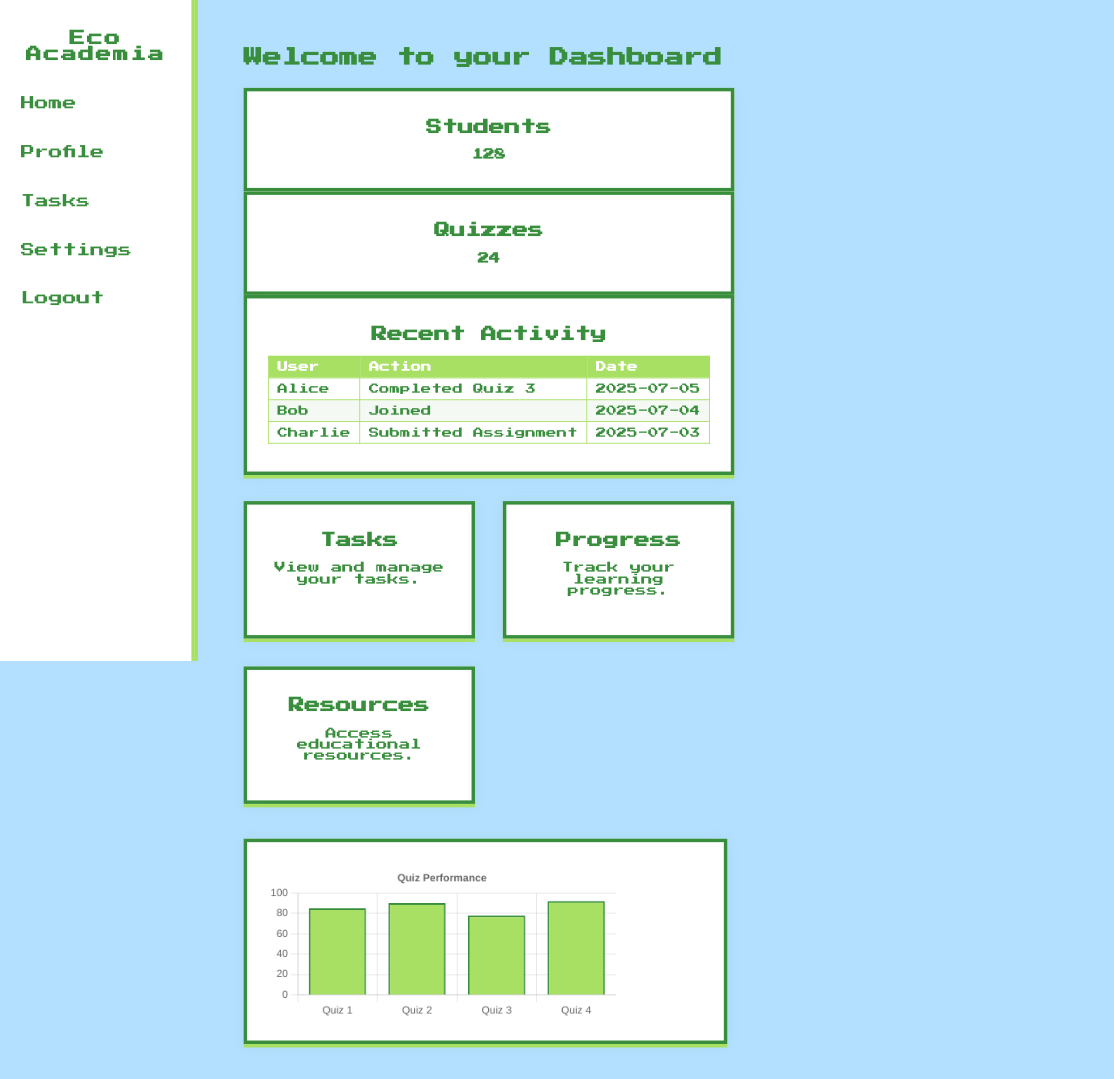
Repository: hotaruhshs/eco-academia
Page: admin/dashboard.html
The author's editor kept a copy of each file at every save. The page is drawn from the files as they stood at one save, then again after the next save.
The browser window is 1280 px wide. The pictures show the whole page, at 87% of full size.

Above is the page before, as saved 2025-07-06 01:42:41.

### admin/dashboard.html
<!DOCTYPE html>
<html lang="en">
  <head>
    <meta charset="UTF-8" />
    <meta name="viewport" content="width=device-width, initial-scale=1.0" />
    <title>Eco Academia Dashboard</title>
    <link rel="stylesheet" href="css/dashboard.css" />
    <link
      href="https://fonts.googleapis.com/css2?family=Press+Start+2P&display=swap"
      rel="stylesheet"
    />
  </head>
  <body>
    <div class="sidebar">
      <h2>Eco Academia</h2>
      <ul>
        <li><a href="#">Home</a></li>
        <li><a href="#">Profile</a></li>
        <li><a href="#">Tasks</a></li>
        <li><a href="#">Settings</a></li>
        <li><a href="#">Logout</a></li>
      </ul>
    </div>
    <div class="main-content">
      <h1>Welcome to your Dashboard</h1>
      <div class="metrics-cards">
        <div class="card metric-card">
          <h3>Students</h3>
          <p class="metric-value">128</p>
        </div>
        <div class="card metric-card">
          <h3>Quizzes</h3>
          <p class="metric-value">24</p>
        </div>
        <div class="card metric-card">
          <h3>Recent Activity</h3>
          <table class="activity-table">
            <thead>
              <tr>
                <th>User</th>
                <th>Action</th>
                <th>Date</th>
              </tr>
            </thead>
            <tbody>
              <tr>
                <td>Alice</td>
                <td>Completed Quiz 3</td>
                <td>2025-07-05</td>
              </tr>
              <tr>
                <td>Bob</td>
                <td>Joined</td>
                <td>2025-07-04</td>
              </tr>
              <tr>
                <td>Charlie</td>
                <td>Submitted Assignment</td>
                <td>2025-07-03</td>
              </tr>
            </tbody>
          </table>
        </div>
      </div>
      <div class="cards">
        <div class="card">
          <h3>Tasks</h3>
          <p>View and manage your tasks.</p>
        </div>
        <div class="card">
          <h3>Progress</h3>
          <p>Track your learning progress.</p>
        </div>
        <div class="card">
          <h3>Resources</h3>
          <p>Access educational resources.</p>
        </div>
      </div>
      <div class="charts-section">
        <canvas id="progressChart" width="400" height="180"></canvas>
      </div>
    </div>
    <script src="js/dashboard.js"></script>
  </body>
</html>

### admin/css/dashboard.css
body {
  margin: 0;
  font-family: "Press Start 2P", "Segoe UI", Tahoma, Geneva, Verdana, sans-serif;
  background: #b3e0ff;
  color: #23272e;
  min-height: 100vh;
  position: relative;
  display: flex;
  align-items: flex-start;
  justify-content: flex-start;
}
body::before,
body::after {
  display: none;
}
@import url("https://fonts.googleapis.com/css2?family=Press+Start+2P&display=swap");

.sidebar {
  position: fixed;
  left: 0;
  top: 0;
  width: 220px;
  height: 100%;
  background: #fff;
  color: #388e3c;
  padding: 20px 0;
  box-shadow: 4px 0 0 #a8e063;
  border-right: 4px solid #a8e063;
}
.sidebar h2 {
  text-align: center;
  margin-bottom: 30px;
  font-family: "Press Start 2P", cursive;
  font-size: 18px;
  letter-spacing: 2px;
  color: #388e3c;
}
.sidebar ul {
  list-style: none;
  padding: 0;
}
.sidebar ul li {
  margin: 20px 0;
}
.sidebar ul li a {
  color: #388e3c;
  text-decoration: none;
  font-size: 16px;
  display: block;
  padding: 10px 20px;
  border-radius: 0;
  border-left: 4px solid transparent;
  transition: background 0.2s, border-color 0.2s;
  font-family: "Press Start 2P", cursive;
}
.sidebar ul li a:hover {
  background: #a8e063;
  border-left: 4px solid #388e3c;
  color: #fff;
}
.main-content {
  margin-left: 240px;
  padding: 40px;
}
.main-content h1 {
  color: #388e3c;
  font-family: "Press Start 2P", cursive;
  font-size: 22px;
  margin-bottom: 24px;
}
.cards {
  display: grid;
  grid-template-columns: repeat(auto-fit, minmax(220px, 1fr));
  gap: 32px;
  margin-top: 30px;
}
.card {
  background: #fff;
  border-radius: 0;
  box-shadow: 0 4px 0 #a8e063, 0 2px 16px rgba(56, 142, 60, 0.08);
  padding: 32px 24px;
  border: 4px solid #388e3c;
  color: #388e3c;
  font-family: "Press Start 2P", "Segoe UI", Tahoma, Geneva, Verdana, sans-serif;
  text-align: center;
  transition: box-shadow 0.2s, border-color 0.2s;
  position: relative;
}
.card:hover {
  box-shadow: 0 8px 0 #a8e063, 0 4px 32px rgba(56, 142, 60, 0.18);
  border-color: #a8e063;
}
.card h3 {
  margin-top: 0;
  font-size: 18px;
  color: #388e3c;
  margin-bottom: 16px;
}
.card p {
  font-size: 13px;
  color: #388e3c;
}

/* Pixel-style button */
.btn-pixel {
  font-family: "Press Start 2P", cursive;
  background: #fff;
  color: #388e3c;
  border: 3px solid #388e3c;
  padding: 10px 24px;
  border-radius: 0;
  box-shadow: 2px 2px 0 #a8e063;
  cursor: pointer;
  transition: background 0.2s, color 0.2s;
  outline: 2px solid #a8e063;
  outline-offset: -6px;
  text-transform: uppercase;
  letter-spacing: 1px;
}
.btn-pixel:hover {
  background: #388e3c;
  color: #fff;
  border-color: #a8e063;
  outline: 2px solid #388e3c;
}

::-webkit-scrollbar {
  width: 8px;
  background: #fff;
}
::-webkit-scrollbar-thumb {
  background: #a8e063;
}
.metric-card {
  min-width: 180px;
}
.metric-value {
  font-size: 32px;
  font-weight: bold;
  color: #23272e;
  margin: 16px 0 0 0;
}
.activity-table {
  width: 100%;
  border-collapse: collapse;
  margin-top: 10px;
  font-size: 12px;
}
.activity-table th,
.activity-table td {
  border: 1px solid #a8e063;
  padding: 6px 10px;
  text-align: left;
}
.activity-table th {
  background: #a8e063;
  color: #fff;
}
.activity-table tr:nth-child(even) {
  background: #f4f9f4;
}
.charts-section {
  margin-top: 40px;
  background: #fff;
  border: 4px solid #388e3c;
  box-shadow: 0 4px 0 #a8e063, 0 2px 16px rgba(56, 142, 60, 0.08);
  padding: 24px;
  border-radius: 0;
  max-width: 500px;
}

### admin/js/dashboard.js
// dashboard.js
// Add interactivity here if needed
console.log('Dashboard loaded');

// Chart.js sample bar chart for progress
window.addEventListener('DOMContentLoaded', function () {
  if (document.getElementById('progressChart')) {
    const ctx = document.getElementById('progressChart').getContext('2d');
    // Load Chart.js from CDN if not present
    if (typeof Chart === 'undefined') {
      const script = document.createElement('script');
      script.src = 'https://cdn.jsdelivr.net/npm/chart.js';
      script.onload = () => renderChart(ctx);
      document.head.appendChild(script);
    } else {
      renderChart(ctx);
    }
  }
});

function renderChart(ctx) {
  new Chart(ctx, {
    type: 'bar',
    data: {
      labels: ['Quiz 1', 'Quiz 2', 'Quiz 3', 'Quiz 4'],
      datasets: [{
        label: 'Average Score',
        data: [85, 90, 78, 92],
        backgroundColor: '#a8e063',
        borderColor: '#388e3c',
        borderWidth: 2
      }]
    },
    options: {
      responsive: false,
      plugins: {
        legend: { display: false },
        title: { display: true, text: 'Quiz Performance' }
      },
      scales: {
        y: { beginAtZero: true, max: 100 }
      }
    }
  });
}

After the next save:
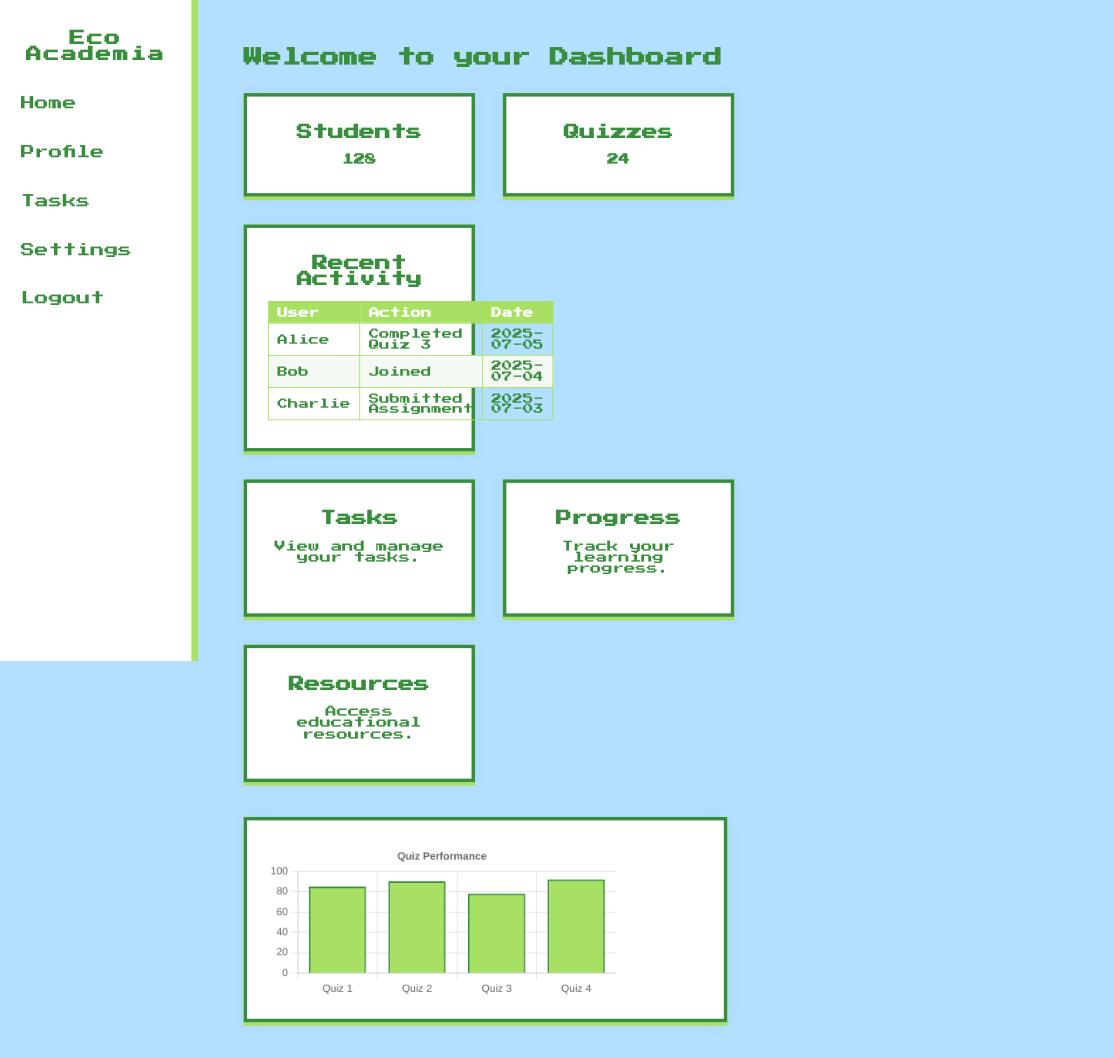
Saved 6 s later.
--- a/admin/css/dashboard.css
+++ b/admin/css/dashboard.css
@@ -73,6 +73,13 @@ body::after {
   grid-template-columns: repeat(auto-fit, minmax(220px, 1fr));
   gap: 32px;
   margin-top: 30px;
+}
+.metrics-cards {
+  display: grid;
+  grid-template-columns: repeat(auto-fit, minmax(220px, 1fr));
+  gap: 32px;
+  margin-top: 30px;
+  margin-bottom: 32px;
 }
 .card {
   background: #fff;
